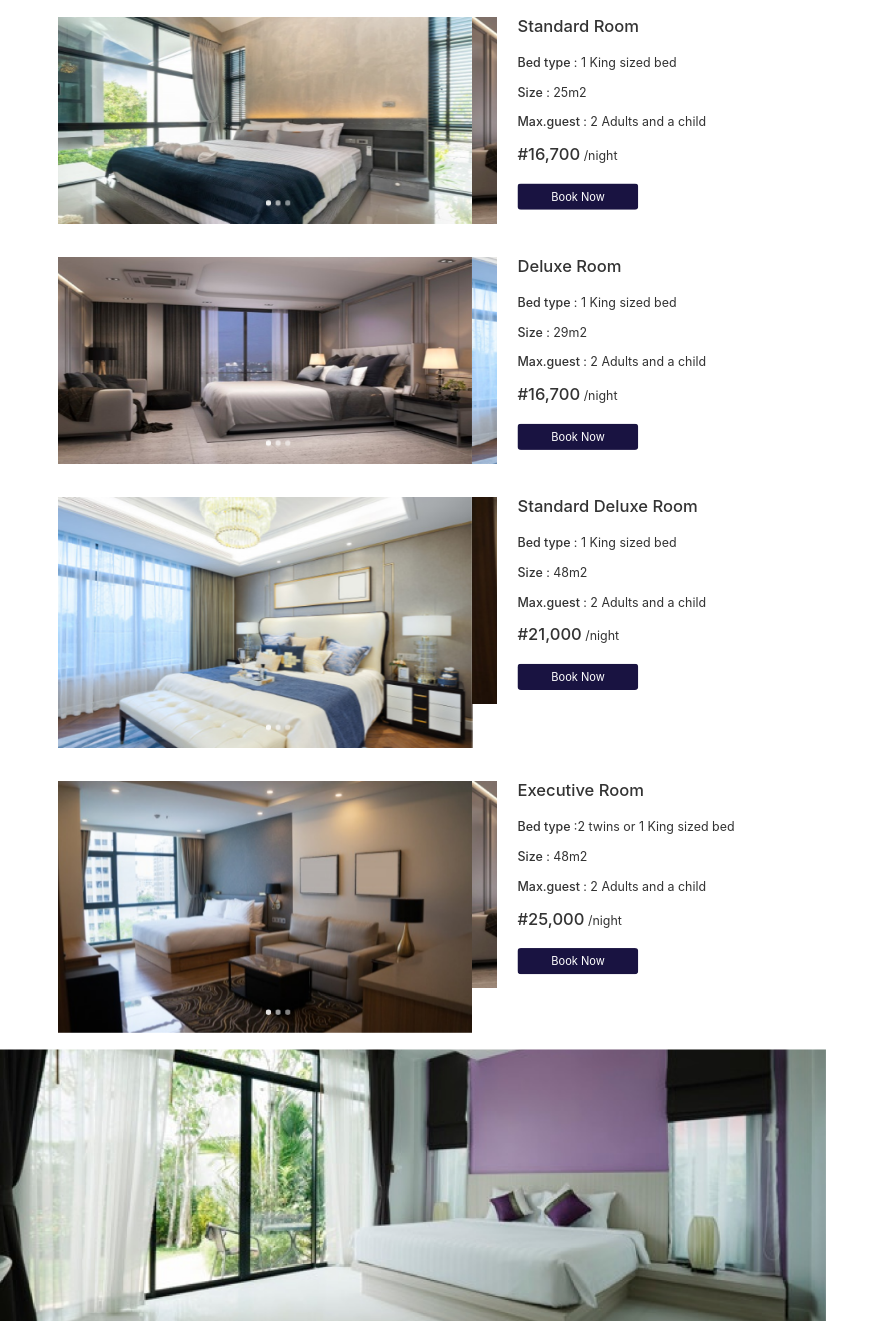
Repository: Syfon01/hotel-website
Page: room.html
These files come from the project's save history. The page is drawn as it stood at one moment and after a run of saves; the edit follows.
The browser window is 1280 px wide. The pictures show the whole page, at 69% of full size.

Above is the page before, as saved 2020-06-08 16:58:37.

After the next 2 saves:
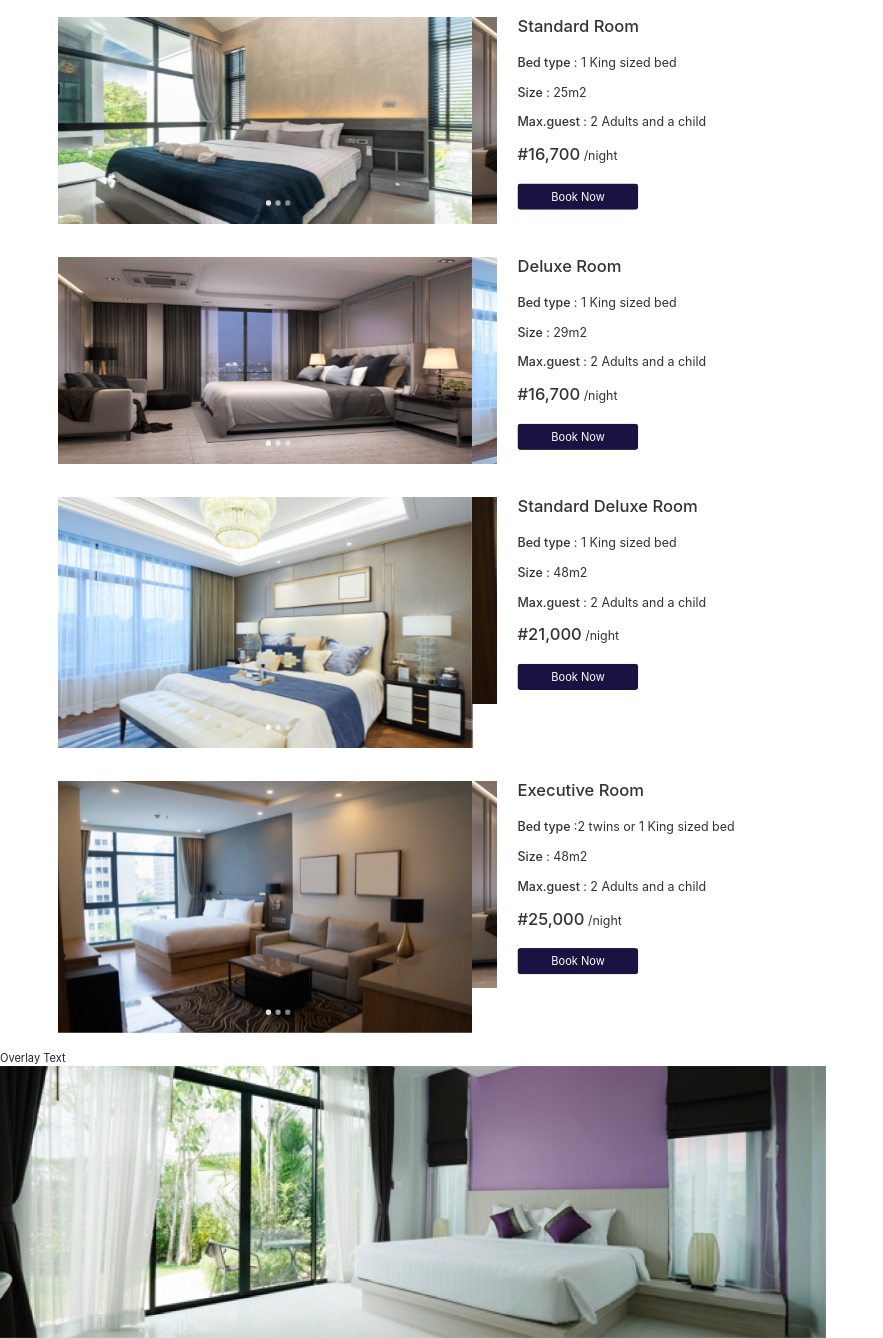
The 2 saves are shown as one change because they came seconds apart.
The last was saved 95 min 25 s later.
--- a/room.html
+++ b/room.html
@@ -146,6 +146,9 @@
 
     <!-- explore section  -->
     <div class="banner">
+      <div id="overlay" onclick="off()">
+        <div id="text">Overlay Text</div>
+      </div>
       <img src="./img/explore.png" class="explore-banner" alt="" srcset="">
     </div>
 

After the 2 saves that followed:
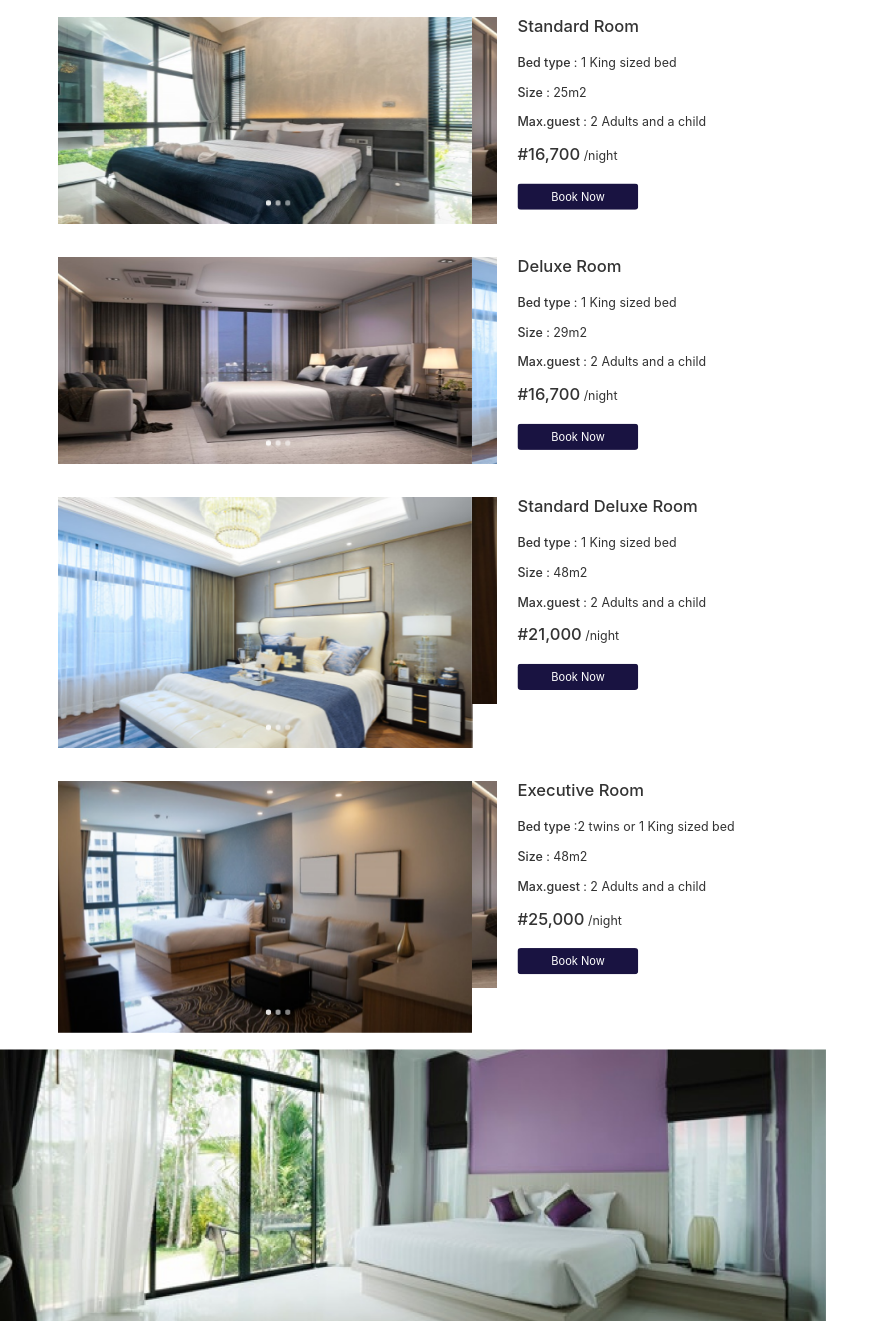
The 2 saves are shown as one change because 1 left the picture as it was.
The last was saved 31 s later.
--- a/room.html
+++ b/room.html
@@ -146,7 +146,7 @@
 
     <!-- explore section  -->
     <div class="banner">
-      <div id="overlay" onclick="off()">
+      <div id="overlay">
         <div id="text">Overlay Text</div>
       </div>
       <img src="./img/explore.png" class="explore-banner" alt="" srcset="">
--- a/room.css
+++ b/room.css
@@ -24,10 +24,26 @@ p{
   height: 8px;
 }
 
-#playVideo {
+#overlay {
+  position: fixed;
+  display: none;
+  width: 100%;
+  height: 100%;
+  top: 0;
+  left: 0;
+  right: 0;
+  bottom: 0;
+  background-color: rgba(0, 0, 0, 0.5);
+  z-index: 2;
+  cursor: pointer;
+}
+
+#text {
   position: absolute;
   top: 50%;
   left: 50%;
+  font-size: 50px;
+  color: white;
   transform: translate(-50%, -50%);
-  -webkit-transform: translate(-50%, -50%);
+  -ms-transform: translate(-50%, -50%);
 }
